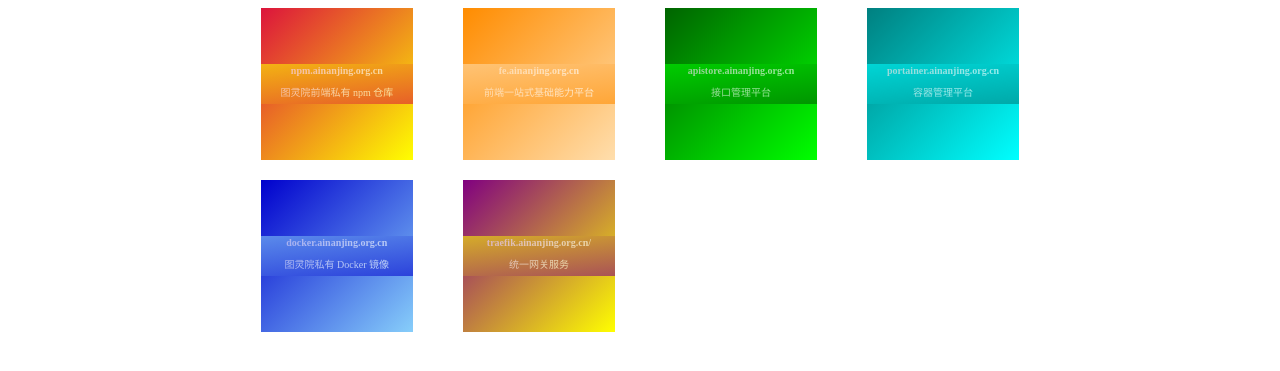
Repository: heweiwei1/portainer
Page: index.html
The author's editor kept a copy of each file at every save. The page is drawn from the files as they stood at one save, then again after the next save.
The browser window is 1280 px wide. The pictures show the whole page.

Above is the page before, as saved 2021-04-13 18:02:17.

### index.html
<!DOCTYPE html>
<html lang="en">
<head>
  <meta charset="UTF-8">
  <meta http-equiv="X-UA-Compatible" content="IE=edge">
  <meta name="viewport" content="width=device-width, initial-scale=1.0">
  <title>网页</title>
  <link rel="stylesheet" href="index.css">
  <script src="index.js"></script>
</head>
<body>
  <div class="demo">
    <a class="demo-1" href="https://npm.ainanjing.org.cn/">
        <div class="trans">
          <h4>npm.ainanjing.org.cn</h4>
          <p>图灵院前端私有 npm 仓库</p>
        </div>
    </a>
    <a class="demo-2" href="https://fe.ainanjing.org.cn" id="pop">
          <div class="trans">
            <h4>fe.ainanjing.org.cn</h4>
            <p>前端一站式基础能力平台</p>
          </div>
    </a>
    <a class="demo-3" href="https://apistore.ainanjing.org.cn">
        <div class="trans">
          <h4>apistore.ainanjing.org.cn</h4>
          <p>接口管理平台</p>
        </div>
    </a>
    <a class="demo-4" href="https://portainer.ainanjing.org.cn">
        <div class="trans">
          <h4>portainer.ainanjing.org.cn</h4>
          <p>容器管理平台</p>
        </div>
    </a>
    <a class="demo-5" href="https://docker.ainanjing.org.cn">
        <div class="trans">
          <h4>docker.ainanjing.org.cn</h4>
          <p>图灵院私有 Docker 镜像</p>
        </div>
    </a>
    <a class="demo-6" href="https://traefik.ainanjing.org.cn/">
        <div class="trans">
          <h4>traefik.ainanjing.org.cn/</h4>
          <p>统一网关服务</p>
        </div>
    </a>
  </div>
</body>
</html>

### index.css
a {
  text-decoration: none;
  color: #000;
}
.demo {
  width: 60%;
  margin: auto;
  display: flex;
  flex-flow: row wrap;
}

.demo a {
  position: relative;
  display: flex;
  flex-direction: column;
  align-items: center;
  width: calc((100% - 150px) / 4);
  height: 152px;
  margin-bottom: 20px;
  font-size: 10px;
}
.demo a:not(:nth-child(4n)){
  margin-right: 50px;
}
.trans {
  position:absolute;
  top: 56px;
  width: 112.09px;
  padding: 20px 20px;
  display: flex;
  justify-content: center;
  opacity: 0.6;
}
.trans p{
  position: absolute;
  top: 10px;
  color: #fff;
}
.trans h4{
  position: absolute;
  top: -12px;
  color: #fff;
}
.demo-1 {
  background-image: linear-gradient(to bottom right,#dc143c,#ffff00);
}
.demo-1 .trans{
  background-image: linear-gradient(to top left,#dc143c,#ffff00);
}
.demo-2 {
  background-image: linear-gradient(to bottom right,#ff8c00,#ffdead);
}
.demo-2 .trans{
  background-image: linear-gradient(to top left,#ff8c00,#ffdead);
}
.demo-3 {
  background-image: linear-gradient(to bottom right,#006400,#00ff00);
}
.demo-3 .trans{
  background-image: linear-gradient(to top left,#006400,#00ff00);
}
.demo-4 {
  background-image: linear-gradient(to bottom right,#008080,#00ffff);
}
.demo-4 .trans{
  background-image: linear-gradient(to top left,#008080,#00ffff);
}
.demo-5 {
  background-image: linear-gradient(to bottom right,#0000cd,#87cefa);
}
.demo-5 .trans{
  background-image: linear-gradient(to top left,#0000cd,#87cefa);
}
.demo-6 {
  background-image: linear-gradient(to bottom right,#800080,#ffff00);
}
.demo-6 .trans{
  background-image: linear-gradient(to top left,#800080,#ffff00);
}

### index.js
window.onload = function(){
  var pop = document.getElementById("pop");
  pop.onclick = function(){
    alert("暂未启用");
    return false;
  }
}

After the next save:
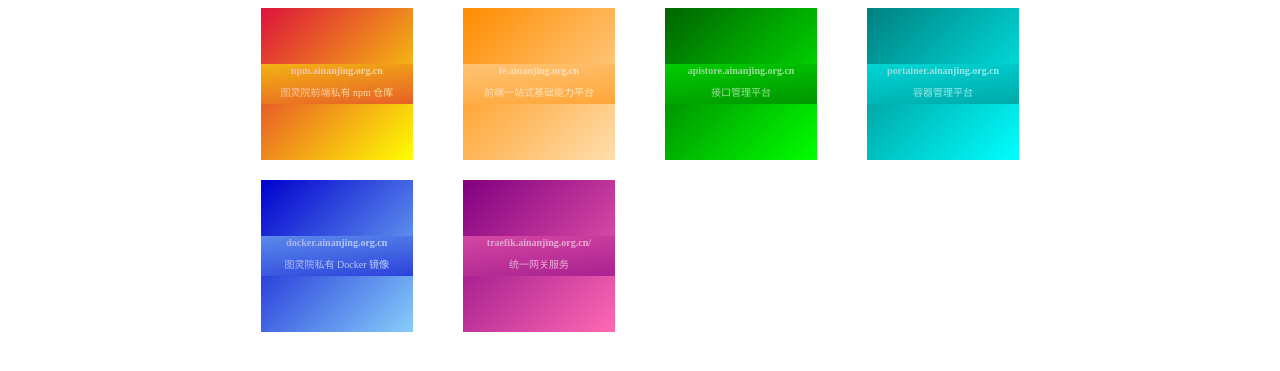
Saved 31 s later.
--- a/index.css
+++ b/index.css
@@ -72,8 +72,8 @@ a {
   background-image: linear-gradient(to top left,#0000cd,#87cefa);
 }
 .demo-6 {
-  background-image: linear-gradient(to bottom right,#800080,#ffff00);
+  background-image: linear-gradient(to bottom right,#800080,#ff69b4);
 }
 .demo-6 .trans{
-  background-image: linear-gradient(to top left,#800080,#ffff00);
+  background-image: linear-gradient(to top left,#800080,#ff69b4);
 }
